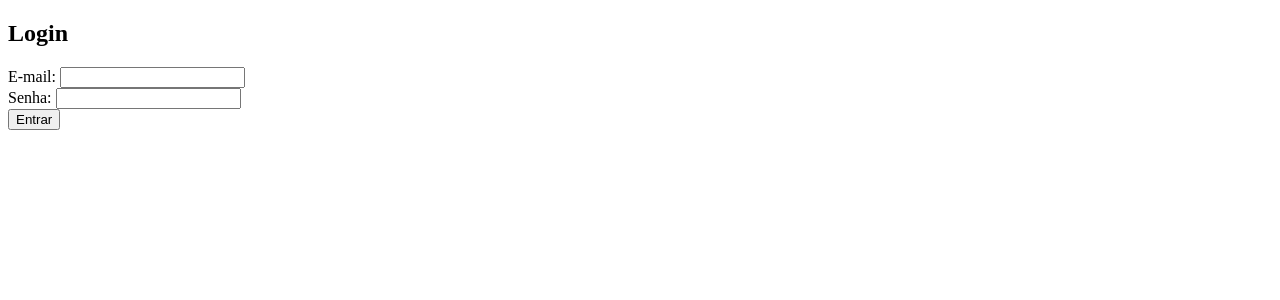
Repository: zz4fff/CRUD-MVC-PHP
Page: http://localhost/view/login.php
The author's editor kept a copy of each file at every save. The page is drawn from the files as they stood at one save, then again after the next save.
The browser window is 1280 px wide. The pictures show the whole page.
The page is run by PHP 8.4 with error messages shown; the project is at /var/www/html/.

Above is the page before, as saved 2025-02-08 20:07:27.

After the next save:
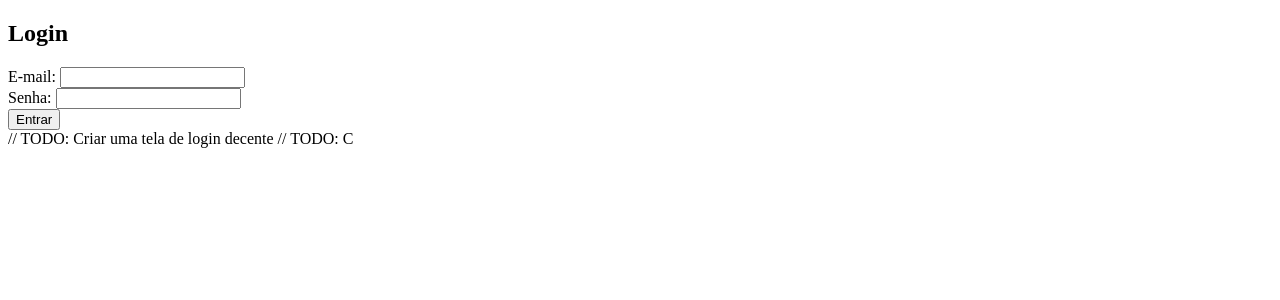
Saved 88 s later.
--- a/view/login.php
+++ b/view/login.php
@@ -15,3 +15,6 @@
     </form>
 </body>
 </html>
+
+// TODO: Criar uma tela de login decente
+// TODO: C
